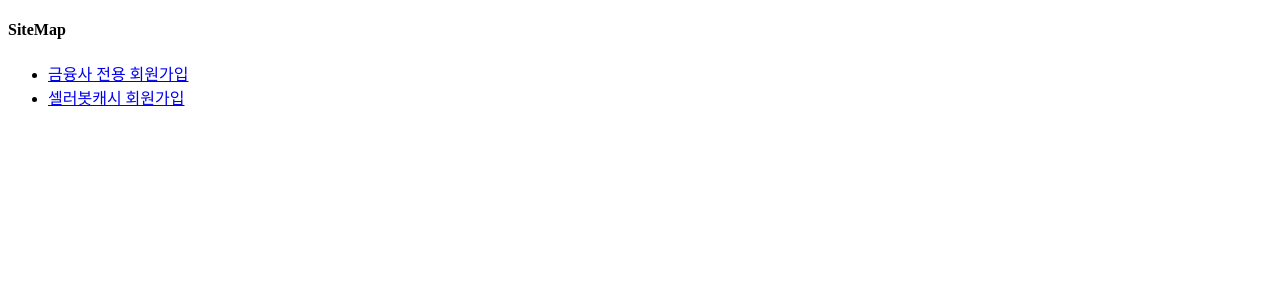
Repository: elemapfelr/ownServer
Page: test-server/web/index.html
The author's editor kept a copy of each file at every save. The page is drawn from the files as they stood at one save, then again after the next save.
The browser window is 1280 px wide. The pictures show the whole page.

Above is the page before, as saved 2023-03-20 15:22:01.

After the next save:
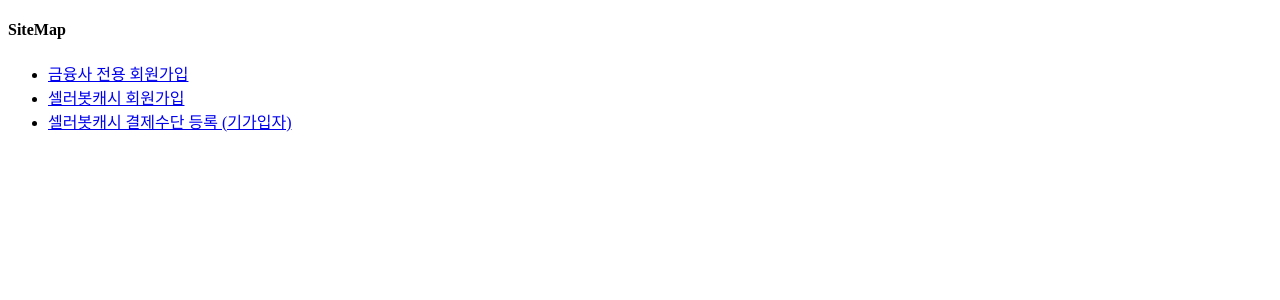
Saved 18 h 55 min later.
--- a/test-server/web/index.html
+++ b/test-server/web/index.html
@@ -13,6 +13,7 @@
 	<ul>
 		<li><a href="./ONLY1_KCB_KB_회원가입_NEW/intro.html">금융사 전용 회원가입</a></li>
 		<li><a href="./sellerbot_signup/step_01.html">셀러봇캐시 회원가입</a></li>
+		<li><a href="./sellerbot_reg_payment/step_01.html">셀러봇캐시 결제수단 등록 (기가입자)</a></li>
 	</ul>
 </body>
 
